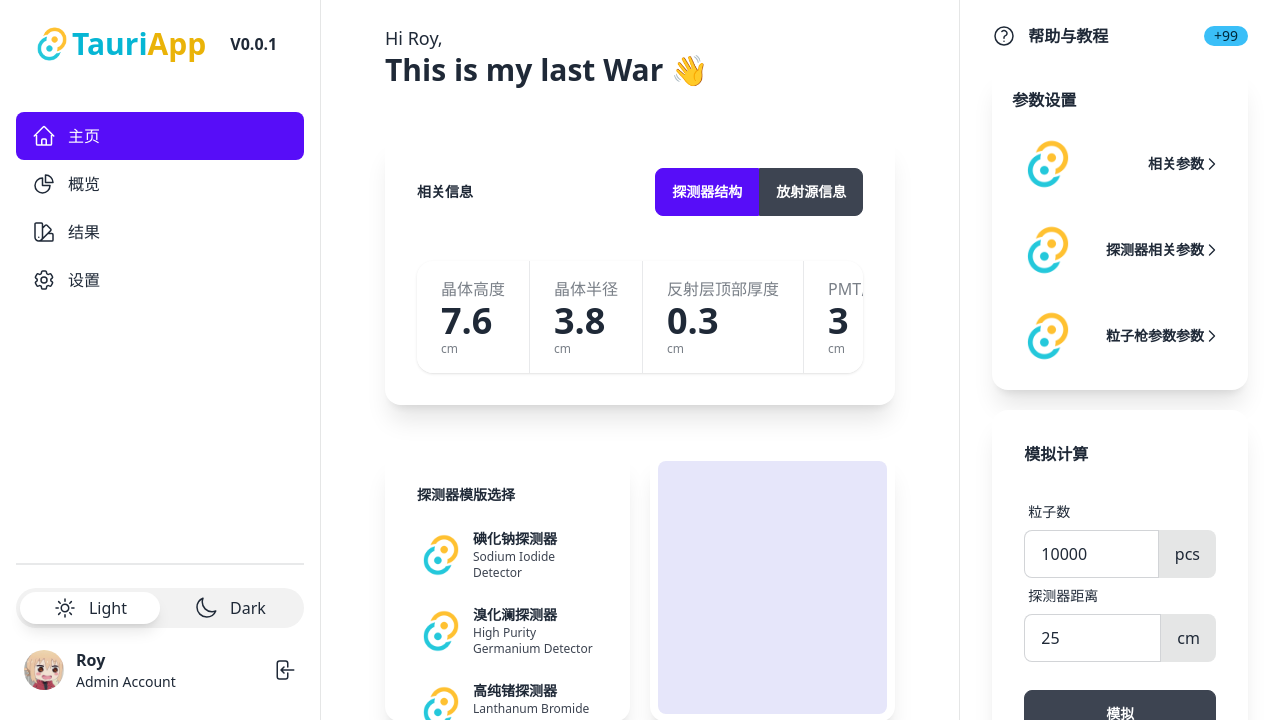
Repository: XMZOVO/tauri-geant4
Page: /
The author's editor kept a copy of each file at every save. The page is drawn from the files as they stood at one save, then again after the next save.
The browser window is 1280 px wide. The pictures show the whole page.
The page's requests for data from a server got no answer. An inner scrolling area shows only its first screen. The project was rebuilt for these pictures with package versions that can differ from the ones it lists, and the page was loaded fresh each time. No one was signed in, and anything a server would have sent is missing. Also part of the build but not shown: vite.config.ts.

Above is the page before, as saved 2022-09-11 19:35:32.

### src/main.ts
import { createApp } from "vue";
import App from "./App.vue";
import "./index.css";
import { Router } from "./router";
import { createPinia } from "pinia";

const pinia = createPinia();

createApp(App).use(pinia).use(Router).mount("#app");

### src/router/index.ts
import { createRouter, createWebHistory } from "vue-router";

const routes = [
  {
    path: "",
    component: () => import("../components/MainWindow.vue"),
    children: [
      {
        path: "",
        component: () => import("../components/Home.vue"),
      },
      {
        path: "Setting",
        component: () => import("../components/Setting.vue"),
      },
      {
        path: "Results",
        component: () => import("../components/Results.vue"),
      },
      {
        path: "Overview",
        component: () => import("../components/Overview.vue"),
      },
      // {
      //   path: "Plan",
      //   component: () => import("../components/Plan.vue"),
      // },
    ],
  },
];

export const Router = createRouter({
  scrollBehavior: () => ({ left: 0, top: 0 }),
  history: createWebHistory(),
  routes,
});

### src/components/Home.vue
<script setup lang="ts">
import { ref, onMounted } from "vue";
import { invoke } from "@tauri-apps/api/tauri";
import { useRouter, onBeforeRouteLeave, onBeforeRouteUpdate } from "vue-router";
import path from "path";
import { exit } from "@tauri-apps/api/process";
import { fetch } from "@tauri-apps/api/http";

const router = useRouter();
const greetMsg = ref("");
const name = ref("");
let specFile = ref("");
let JSRootPath = ref("/JsRoot720/");
const btnWait = ref("");
const activeDetector = ref(0);

let detectorSrc = ref(
  JSRootPath.value +
    "index.htm?nobrowser&file=http://localhost:8080/file/G4Backend/build/rootFiles/test.root&item=Default;1&opt=ssao;transp60"
);

const parametersNames = ref([
  { name: "探测器结构", checked: true },
  { name: "放射源信息", checked: false },
]);
const selectedName = ref("钻井液性能");
const detectorProperties = ref([
  { name: "晶体高度", value: 7.6, unit: "cm" },
  { name: "晶体半径", value: 3.8, unit: "cm" },
  { name: "反射层顶部厚度", value: "0.3", unit: "cm" },
  { name: "PMT厚度", value: 3, unit: "cm" },
]);
const radioactiveProperties = ref([
  { name: "放射性同位素", value: "Co60", unit: "" },
  { name: "3", value: 20, unit: "" },
  { name: "4", value: 0.02, unit: "" },
  { name: "5", value: 10, unit: "" },
]);
const detectorList = ref([
  { name: "碘化钠探测器", percent: 40, description: "Sodium Iodide Detector" },
  {
    name: "溴化澜探测器",
    percent: 100,
    description: "High Purity Germanium Detector",
  },
  {
    name: "高纯锗探测器",
    percent: 60,
    description: "Lanthanum Bromide Detector",
  },
]);
const paticleParameters = ref([
  { name: "粒子数", value: 10000, unit: "pcs" },
  { name: "探测器距离", value: 25, unit: "cm" },
]);

async function greet() {
  greetMsg.value = await invoke("greet", { name: name.value });
}

onMounted(async () => {});

const parametersInfoChanged = (name: String) => {
  if (name == "探测器结构") {
    parametersNames.value[0].checked = true;
    parametersNames.value[1].checked = false;
  } else {
    parametersNames.value[0].checked = false;
    parametersNames.value[1].checked = true;
  }
};

const executeCalculate = async () => {
  if (paticleParameters.value[0].value > 10000000) {
    alert("粒子数过大");
    return;
  }
  btnWait.value = "loading";
  const response = await fetch("http://localhost:8080/g4", {
    method: "POST",
    query: {
      ch: detectorProperties.value[0].value.toString(),
      cr: detectorProperties.value[1].value.toString(),
      rtt: detectorProperties.value[2].value.toString(),
      num: paticleParameters.value[0].value.toString(),
    },
  }).then((res) => {
    btnWait.value = "";
    router.push({ path: "/Overview" });
  });
};

const refreshDetector = async () => {
  detectorSrc.value = " ";
  await fetch("http://localhost:8080/gdml", {
    method: "GET",
    query: {
      ch: detectorProperties.value[0].value.toString(),
      cr: detectorProperties.value[1].value.toString(),
      rtt: detectorProperties.value[2].value.toString(),
      pmt: detectorProperties.value[3].value.toString(),
    },
  }).then(() => {
    // let iframe: any = document.getElementById("iframe");
    // iframe.contentWindow.location.reload(true);
    detectorSrc.value =
      JSRootPath.value +
      "index.htm?nobrowser&file=http://localhost:8080/file/G4Backend/build/rootFiles/wtest.root&item=Default;1&opt=ssao;transp60";
  });
};

const exitApp = async () => {
  await exit(1);
};
</script>

<template>
  <!-- <div class="card">
    <input id="greet-input" v-model="name" placeholder="Enter a name..." />
    <button type="button" @click="greet()">Greet</button>
  </div>

  <p>{{ greetMsg }}</p> -->

  <div class="flex h-full w-full">
    <div class="w-2/3 space-y-12 border-r border-base-300 py-6 px-16">
      <div class="h-auto">
        <span class="block text-lg font-normal">Hi Roy,</span>
        <span class="block text-3xl font-bold"
          >This is my last War &#128075;</span
        >
      </div>
      <div class="card h-2/5 w-full shadow-xl">
        <div class="card-body justify-between">
          <div class="flex justify-between">
            <p class="card-title text-sm">相关信息</p>
            <!-- 选择框 -->
            <!-- <div class="form-control w-1/3 max-w-xs">
              <select
                class="select select-bordered focus:outline-none"
                @change="parametersInfoChanged($event)"
              >
                <option v-for="item in parametersNames">{{ item }}</option>
              </select>
            </div> -->
            <div class="btn-group">
              <input
                v-for="item in parametersNames"
                type="radio"
                name="options"
                :data-title="item.name"
                class="btn"
                :checked="item.checked"
                @change="parametersInfoChanged(item.name)"
              />
            </div>
          </div>
          <!-- 统计信息 -->
          <div
            class="stats stats-vertical overflow-hidden shadow lg:stats-horizontal"
          >
            <div
              class="stat"
              v-if="parametersNames[0].checked"
              v-for="item in detectorProperties"
            >
              <div class="stat-title">{{ item.name }}</div>
              <div class="stat-value">{{ item.value }}</div>
              <div class="stat-desc">{{ item.unit }}</div>
            </div>
            <div
              class="stat"
              v-if="parametersNames[1].checked"
              v-for="item in radioactiveProperties"
            >
              <div class="stat-title">{{ item.name }}</div>
              <div class="stat-value">{{ item.value }}</div>
              <div class="stat-desc">{{ item.unit }}</div>
            </div>
          </div>
        </div>
      </div>
      <!-- 底部双卡片 -->
      <div class="flex h-2/5 space-x-5">
        <!-- 1 -->
        <div class="card w-1/2 bg-base-100 shadow-xl">
          <div class="card-body gap-3">
            <p class="text-sm font-semibold">探测器模版选择</p>
            <!-- item -->
            <div class="flex h-full flex-col justify-between">
              <div
                v-for="(item, index) in detectorList"
                class="flex cursor-pointer items-center justify-between rounded-xl py-3 hover:bg-base-300"
              >
                <div class="flex items-center gap-2">
                  <img src="../assets/icon.png" class="h-12 w-12 rounded-xl" />
                  <div class="flex flex-col">
                    <p class="text-sm font-semibold">{{ item.name }}</p>
                    <p class="text-xs text-neutral">
                      {{ item.description }}
                    </p>
                  </div>
                </div>
                <!-- <div
                  class="radial-progress text-xs text-primary"
                  :style="
                    '--value: ' +
                    item.percent +
                    '; --size: 3.5rem; --thickness: 6px'
                  "
                >
                  {{ item.percent }}%
                </div> -->
              </div>
            </div>
            <btn class="btn rounded-xl"> 更多模版</btn>
          </div>
        </div>
        <!-- 2 -->
        <div class="card w-1/2 bg-base-100 shadow-xl">
          <div class="card-body p-2">
            <iframe
              :src="detectorSrc"
              frameborder="0"
              class="h-full w-full rounded-lg"
            ></iframe>
            <!-- <div class="h-full w-full bg-black" id="drawing"></div> -->
          </div>
        </div>
      </div>
    </div>

    <!-- 右侧 -->
    <div class="w-1/3 flex-col space-y-5 px-8 pt-6">
      <!-- 帮助 -->
      <div class="flex items-center justify-between">
        <div class="flex items-center space-x-3">
          <svg
            xmlns="http://www.w3.org/2000/svg"
            fill="none"
            viewBox="0 0 24 24"
            stroke-width="1.5"
            stroke="currentColor"
            class="h-6 w-6"
          >
            <path
              stroke-linecap="round"
              stroke-linejoin="round"
              d="M9.879 7.519c1.171-1.025 3.071-1.025 4.242 0 1.172 1.025 1.172 2.687 0 3.712-.203.179-.43.326-.67.442-.745.361-1.45.999-1.45 1.827v.75M21 12a9 9 0 11-18 0 9 9 0 0118 0zm-9 5.25h.008v.008H12v-.008z"
            />
          </svg>
          <label class="font-bold">帮助与教程</label>
        </div>
        <div class="badge badge-info">+99</div>
      </div>
      <!-- 帮助 -->
      <!-- 卡1 -->
      <div class="flex space-x-5">
        <div class="card w-full overflow-visible bg-base-100 shadow-xl">
          <div class="card-body p-5">
            <div class="flex-col space-y-5">
              <p class="text-md font-bold">参数设置</p>

              <!-- 溢流物 -->
              <div class="dropdown-left dropdown w-full">
                <div
                  tabindex="0"
                  class="flex items-center justify-between rounded-xl px-2 py-1 duration-300 hover:cursor-pointer hover:bg-primary hover:text-base-100"
                >
                  <img src="../assets/icon.png" class="h-14 w-14 rounded-xl" />
                  <div class="flex items-center">
                    <p class="text-sm font-bold">相关参数</p>
                    <svg
                      xmlns="http://www.w3.org/2000/svg"
                      fill="none"
                      viewBox="0 0 24 24"
                      stroke-width="2"
                      stroke="currentColor"
                      class="h-4 w-4"
                    >
                      <path
                        stroke-linecap="round"
                        stroke-linejoin="round"
                        d="M8.25 4.5l7.5 7.5-7.5 7.5"
                      />
                    </svg>
                  </div>
                </div>
                <!-- 浮动窗口 -->
                <div
                  tabindex="0"
                  class="card dropdown-content rounded-box w-full bg-base-100 shadow"
                >
                  <div class="card-body space-y-3">
                    <p class="font-bold">设置相关参数</p>
                  </div>
                </div>
              </div>
              <!-- 溢流物 -->
              <!-- 钻井液 -->
              <div class="dropdown-left dropdown w-full">
                <div
                  tabindex="0"
                  class="flex items-center justify-between rounded-xl px-2 py-1 duration-300 hover:cursor-pointer hover:bg-primary hover:text-base-100"
                >
                  <img src="../assets/icon.png" class="h-14 w-14 rounded-xl" />
                  <div class="flex items-center">
                    <p class="text-sm font-bold">探测器相关参数</p>
                    <svg
                      xmlns="http://www.w3.org/2000/svg"
                      fill="none"
                      viewBox="0 0 24 24"
                      stroke-width="2"
                      stroke="currentColor"
                      class="h-4 w-4"
                    >
                      <path
                        stroke-linecap="round"
                        stroke-linejoin="round"
                        d="M8.25 4.5l7.5 7.5-7.5 7.5"
                      />
                    </svg>
                  </div>
                </div>
                <!-- 浮动窗口 -->
                <div
                  tabindex="0"
                  class="card dropdown-content rounded-box w-96 bg-base-100 shadow"
                >
                  <div class="card-body space-y-1">
                    <div class="flex items-center">
                      <p class="font-bold">
                        设置{{
                          activeDetector == 0 ? "碘化钠" : "高纯锗"
                        }}探测器参数
                      </p>
                      <button class="btn btn-xs" @click="refreshDetector">
                        刷新探测器模型
                      </button>
                    </div>
                    <div
                      v-for="item in detectorProperties"
                      class="form-control"
                    >
                      <label class="label">
                        <span class="label-text">{{ item.name }}</span>
                      </label>
                      <label class="input-group">
                        <input
                          type="text"
                          v-model="item.value"
                          class="input input-bordered w-3/4 focus:outline-none"
                        />
                        <span class="w-1/4">{{ item.unit }}</span>
                      </label>
                    </div>
                  </div>
                </div>
              </div>
              <!-- 钻井液 -->
              <!-- 节流压 -->
              <div class="dropdown-left dropdown w-full">
                <div
                  tabindex="0"
                  class="flex items-center justify-between rounded-xl px-2 py-1 duration-300 hover:cursor-pointer hover:bg-primary hover:text-base-100"
                >
                  <img src="../assets/icon.png" class="h-14 w-14 rounded-xl" />
                  <div class="flex items-center">
                    <p class="text-sm font-bold">粒子枪参数参数</p>
                    <svg
                      xmlns="http://www.w3.org/2000/svg"
                      fill="none"
                      viewBox="0 0 24 24"
                      stroke-width="2"
                      stroke="currentColor"
                      class="h-4 w-4"
                    >
                      <path
                        stroke-linecap="round"
                        stroke-linejoin="round"
                        d="M8.25 4.5l7.5 7.5-7.5 7.5"
                      />
                    </svg>
                  </div>
                </div>
                <!-- 浮动窗口 -->
                <div
                  tabindex="0"
                  class="card dropdown-content rounded-box w-96 bg-base-100 shadow"
                >
                  <div class="card-body space-y-3">
                    <p class="font-bold">设置粒子枪参数</p>
                    <div
                      v-for="item in radioactiveProperties"
                      class="form-control"
                    >
                      <label class="label">
                        <span class="label-text">{{ item.name }}</span>
                      </label>
                      <label class="input-group">
                        <input
                          type="text"
                          v-model="item.value"
                          class="input input-bordered w-3/4 focus:outline-none"
                        />
                        <span class="w-1/4">{{ item.unit }}</span>
                      </label>
                    </div>
                  </div>
                </div>
              </div>
              <!-- 节流压 -->
            </div>
          </div>
        </div>
      </div>
      <!-- 卡2 -->
      <div class="flex space-x-5">
        <div class="card w-full bg-base-100 shadow-xl">
          <div class="card-body space-y-5">
            <p class="text-md font-bold">模拟计算</p>
            <div>
              <div v-for="item in paticleParameters" class="form-control">
                <label class="label">
                  <span class="label-text">{{ item.name }}</span>
                </label>
                <label class="input-group">
                  <input
                    type="text"
                    placeholder="0.01"
                    v-model="item.value"
                    class="input input-bordered w-full focus:outline-none"
                  />
                  <span>{{ item.unit }}</span>
                </label>
              </div>
            </div>
            <!-- 计算 -->
            <button :class="'btn w-full ' + btnWait" @click="executeCalculate">
              模拟
            </button>
          </div>
        </div>
      </div>
    </div>
  </div>
</template>

<style scoped></style>

Loaded but not shown: index.html (common file); src/App.vue (common file); src/index.css (common file); tailwind.config.cjs (common file); public/JsRoot720/modules/d3.mjs (library); public/JsRoot720/modules/gui/HierarchyPainter.mjs (library); public/JsRoot720/modules/io.mjs (3859 lines, source omitted); public/JsRoot720/modules/gpad/TFramePainter.mjs (2781 lines, source omitted); public/JsRoot720/modules/gpad/TPadPainter.mjs (2078 lines, source omitted); public/JsRoot720/modules/gui/menu.mjs (1573 lines, source omitted); public/JsRoot720/modules/core.mjs (1681 lines, source omitted); public/JsRoot720/modules/gui/display.mjs (1711 lines, source omitted); public/JsRoot720/modules/base/ObjectPainter.mjs (1608 lines, source omitted); public/JsRoot720/modules/base/math.mjs (2061 lines, source omitted); public/JsRoot720/modules/gpad/TAxisPainter.mjs (1330 lines, source omitted); public/JsRoot720/modules/hist/TPavePainter.mjs (1257 lines, source omitted); public/JsRoot720/modules/base/latex.mjs (1324 lines, source omitted); public/JsRoot720/modules/draw.mjs (618 lines, source omitted); public/JsRoot720/modules/gui/utils.mjs (511 lines, source omitted); public/JsRoot720/modules/gpad/TCanvasPainter.mjs (756 lines, source omitted); public/JsRoot720/modules/base/BasePainter.mjs (670 lines, source omitted); public/JsRoot720/modules/base/TAttFillHandler.mjs (343 lines, source omitted); public/JsRoot720/modules/base/TAttMarkerHandler.mjs (292 lines, source omitted); public/JsRoot720/modules/gui.mjs (206 lines, source omitted); public/JsRoot720/modules/base/colors.mjs (172 lines, source omitted); public/JsRoot720/modules/base/TAttLineHandler.mjs (166 lines, source omitted); public/JsRoot720/modules/base/FontHandler.mjs (139 lines, source omitted); src/components/MainWindow.vue (303 lines, source omitted)

After the next save:
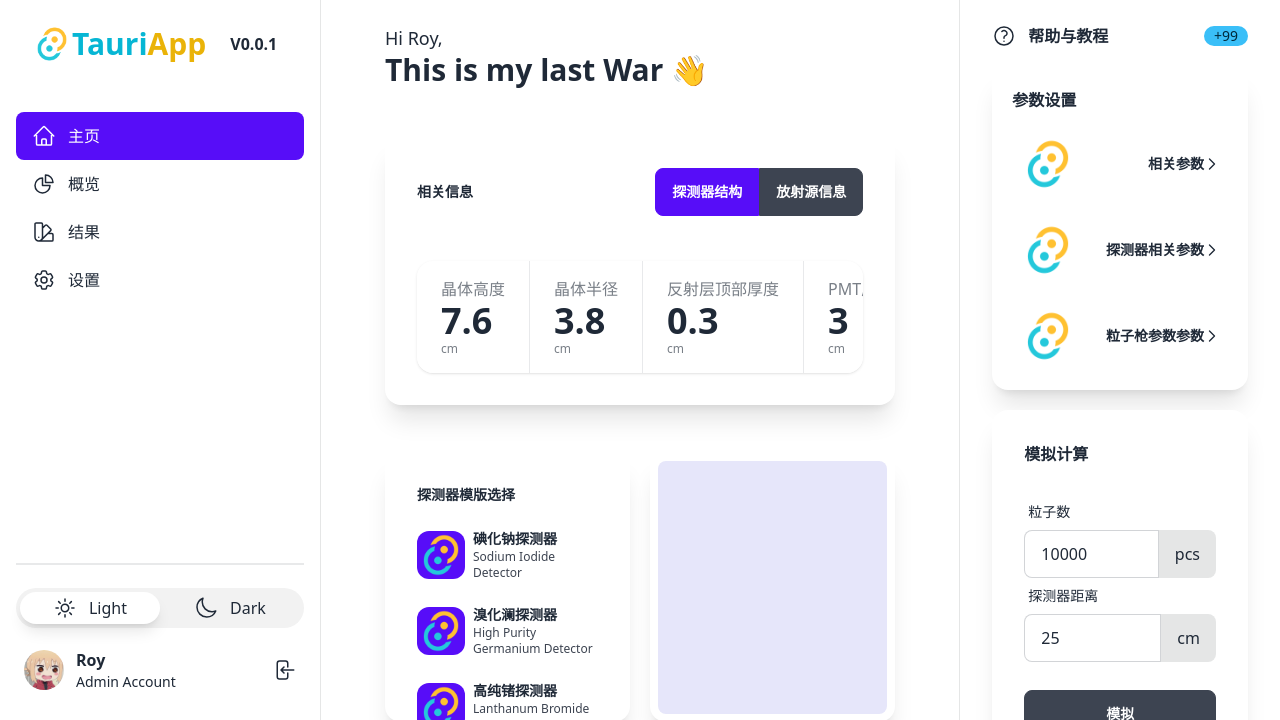
Saved 4 s later.
--- a/src/components/Home.vue
+++ b/src/components/Home.vue
@@ -193,7 +193,10 @@ const exitApp = async () => {
                 class="flex cursor-pointer items-center justify-between rounded-xl py-3 hover:bg-base-300"
               >
                 <div class="flex items-center gap-2">
-                  <img src="../assets/icon.png" class="h-12 w-12 rounded-xl" />
+                  <img
+                    src="../assets/icon.png"
+                    class="h-12 w-12 rounded-xl bg-primary"
+                  />
                   <div class="flex flex-col">
                     <p class="text-sm font-semibold">{{ item.name }}</p>
                     <p class="text-xs text-neutral">
